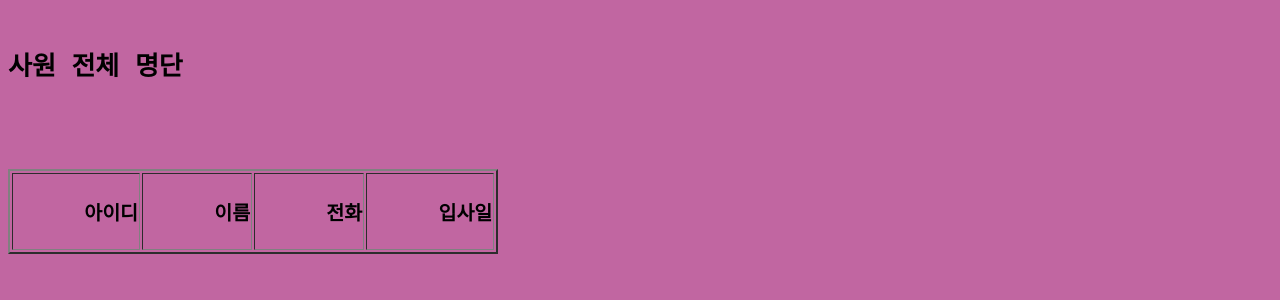
Repository: violetaplum/eclipseJSP
Page: http://localhost/JSP/jsp_DB/db_test.jsp
The author's editor kept a copy of each file at every save. The page is drawn from the files as they stood at one save, then again after a run of saves.
The browser window is 1280 px wide. The pictures show the whole page.
The page is served by Tomcat 9. Queries for data that is not in the repository find no rows.

Above is the page before, as saved 2019-06-11 11:04:09.

After the next 2 saves:
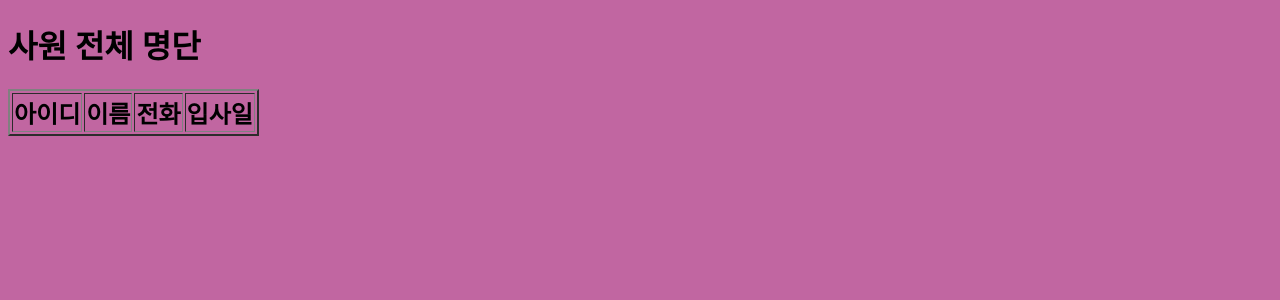
The 2 saves are shown as one change because they came seconds apart.
The last was saved 3 min 35 s later.
--- a/JSP/WebContent/jsp_DB/db_test.jsp
+++ b/JSP/WebContent/jsp_DB/db_test.jsp
@@ -31,7 +31,7 @@
     //sql언어
     ResultSet rs1=null;
   %>
-  <pre>
+
     <h1>사원 전체 명단</h1>
     <h2>
 <table border=2>
@@ -75,6 +75,5 @@
   %>
 </table>
   </h2>
-</pre>
 </body>
 </html>
